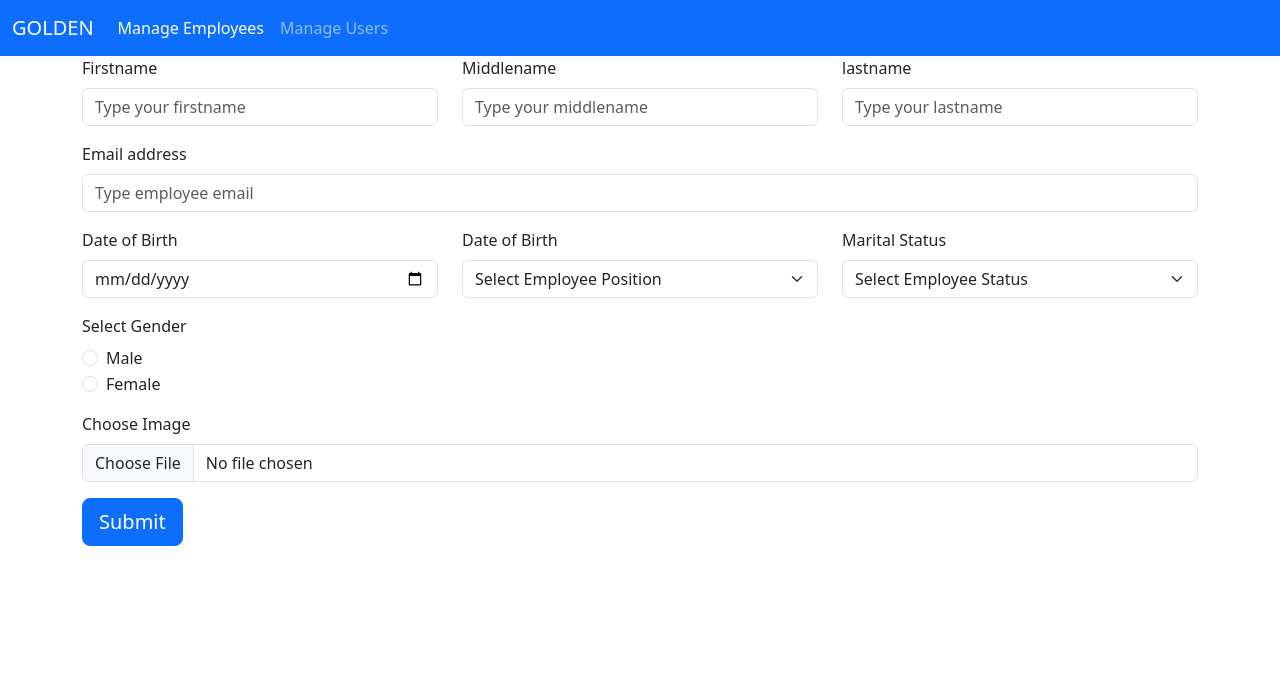
Repository: owuraku/DBC28.1
Page: http://localhost/employees/create
The author's editor kept a copy of each file at every save. The page is drawn from the files as they stood at one save, then again after the next save.
The browser window is 1280 px wide. The pictures show the whole page.
The page is served by the project's Laravel application, run on PHP 8.4 with Laravel 10. Other server files are loaded and not shown.

Above is the page before, as saved 2023-05-24 10:36:44.

### routes/web.php
<?php

use App\Http\Controllers\EmployeeController;
use App\Http\Controllers\FirstController;
use Illuminate\Support\Facades\Route;

/*
|--------------------------------------------------------------------------
| Web Routes
|--------------------------------------------------------------------------
|
| Here is where you can register web routes for your application. These
| routes are loaded by the RouteServiceProvider and all of them will
| be assigned to the "web" middleware group. Make something great!
|
*/

Route::get('/', function () {
    return view('welcome');
});

// Route::get('/employees', function(){
//     return "Get all employees";
// })->name('employees.index');


// Route::get('/employees/{id}', function($id){
//     return "Get employee with id of $id";
// })->whereNumber('id')->name('employees.show');

Route::get('/employees', [FirstController::class, 'myFirstControllerFunction']);



//Route prefix
// Route::prefix('/employees')
// ->name('employees.')
// ->controller(FirstController::class)
// ->group(function(){
    // Route::get('', 'myFirstControllerFunction' )->name('index');

//     Route::post('', function(){
//         return "Save employee details";
//     })->name('store');

//     Route::get('/create', function(){
//         return "Get employee create form";
//     })->name('create');

//     Route::get('/{id}', 'mySecondControllerFunction')->name('show');

//      Route::get('/edit/{id}', function($id){
//         return "Get edit form for employee with id of $id";
//     })->name('edit');

//     Route::patch('/{id}', function($id){
//         return "Edit employee id of $id";
//     })->name('update');

//      Route::delete('/{id}', function($id){
//         return "Delete employee id of $id";
//     })->name('destroy');
// });


Route::resource('/employees', EmployeeController::class);
// Route::get('/employees', [EmployeeController::class, 'index']);

### app/Http/Controllers/EmployeeController.php
<?php

namespace App\Http\Controllers;

use App\Models\Employee;
use Illuminate\Http\Request;
use Illuminate\Support\Facades\DB;

class EmployeeController extends Controller
{
    /**
     * Display a listing of the resource.
     */
    public function index()
    {
        $employees = Employee::all();
         return view('employees.list', ['employees' => $employees]);
    }

    /**
     * Show the form for creating a new resource.
     */
    public function create()
    {
        return view('employees.form');
        //
    }

    /**
     * Store a newly created resource in storage.
     */
    public function store(Request $request)
    {
       $data = $request->input();
        $request->validate([
            "firstname" => 'required|min:2|max:100|alpha'
        ]);

       $employee = new Employee;
       $employee->firstname = $data['firstname'];
       $employee->lastname = $data['lastname'];
       $employee->middlename = $data['middlename'];
       $employee->dob = $data['dob'];
       $employee->gender = $data['gender'];
       $employee->position = $data['position'];
       $employee->email = $data['email'];
       $employee->marital_status = $data['marital_status'];
       $employee->image = '/temp/image.png';
       $employee->save();




    //    $data['image']= '/temp/image';
    //    $hasImage = $request->hasFile('image');
    //    $image = $request->file('image');
    //    if($hasImage){
    //     dd($image);
    //    }
    //    $validated = $request->validate([
    //    'last_name' => 'required|min:10',
    //    'first_name' => 'required|min:10',
    //    ]);

        // create method
    //    Employee::create($data);
        // //

        // return $validated;
    }

    /**
     * Display the specified resource.
     */
    public function show(string $id)
    {
        //
        $employee = Employee::findOrFail($id);
        return view('employees.show', [
            'employee' => $employee
        ]);
    }

    /**
     * Show the form for editing the specified resource.
     */
    public function edit(string $id)
    {
        //
    }

    /**
     * Update the specified resource in storage.
     */
    public function update(Request $request, string $id)
    {
        //
    }

    /**
     * Remove the specified resource from storage.
     */
    public function destroy(string $id)
    {
        //
    }
}

### resources/views/employees/form.blade.php
@extends('layout.master')

@section('title', 'Add New Employee')

@section('content')
    <form action="{{ route('employees.store') }}" method="POST" enctype="multipart/form-data">
        @csrf
        <div class="row mb-3">
            {{-- firstname --}}
            <div class="col">
                <label for="firstname" class="form-label">Firstname</label>
                <input type="text" class="form-control" name="firstname" placeholder="Type your firstname">
            </div>
            {{-- middlename --}}
            <div class="col">
                <label for="middlename" class="form-label">Middlename</label>
                <input type="text" class="form-control" name="mname" placeholder="Type your middlename">
            </div>
            {{-- lastname --}}
            <div class="col">
                <label for="lastname" class="form-label">lastname</label>
                <input type="text" class="form-control" name="lastname" placeholder="Type your lastname">
            </div>
        </div>
        {{-- email --}}
        <div class="mb-3">
            <label for="email" class="form-label">Email address</label>
            <input type="email" class="form-control" id="email" name="email" placeholder="Type employee email">
        </div>
        <div class="row mt-3">
            {{-- dob --}}
            <div class="col">
                <label for="dob" class="form-label">Date of Birth</label>
                <input type="date" class="form-control" name="dob" placeholder="Date of Birth">
            </div>
            {{-- position --}}
            <div class="col">
                <label for="dob" class="form-label">Date of Birth</label>
                <select class="form-select" name="position" aria-label="Default select example">
                    <option selected>Select Employee Position</option>
                    <option value="CEO">CEO</option>
                    <option value="CTO">CTO</option>
                    <option value="Manager">Manager</option>
                    <option value="Other">Other</option>
                </select>
            </div>
            {{-- marital status --}}
            <div class="col">
                <label for="dob" class="form-label">Marital Status</label>
                <select class="form-select" name="marital_status" aria-label="Default select example">
                    <option selected>Select Employee Status</option>
                    <option value="married">Married</option>
                    <option value="single">Single</option>
                    <option value="divorced">Divorced</option>
                    <option value="seperated">Seperated</option>
                </select>
            </div>
        </div>
        {{-- gender --}}
        <div class="mt-3">
            <label class="form-label">Select Gender</label>
            <div class="form-check">
                <input class="form-check-input" type="radio" name="gender" id="male" value="male">
                <label class="form-check-label" for="male">
                    Male
                </label>
            </div>
            <div class="form-check">
                <input class="form-check-input" type="radio" name="gender" id="female" value="female">
                <label class="form-check-label" for="female">
                    Female
                </label>
            </div>
        </div>
        {{-- image --}}
        <div class="mt-3">
            <label for="image" class="form-label">Choose Image</label>
            <input type="file" name="image" id="image" class="form-control">
        </div>

        <div class="mt-3">
            <button type="submit" class="btn btn-primary btn-lg">Submit</button>
        </div>
    </form>
@endsection

### resources/views/layout/master.blade.php
<!DOCTYPE html>
<html lang="en">

<head>
    <meta charset="UTF-8">
    <meta name="viewport" content="width=device-width, initial-scale=1.0">
    <meta http-equiv="X-UA-Compatible" content="ie=edge">
    <link href="https://cdn.jsdelivr.net/npm/bootstrap@5.3.0-alpha3/dist/css/bootstrap.min.css" rel="stylesheet"
        integrity="sha384-KK94CHFLLe+nY2dmCWGMq91rCGa5gtU4mk92HdvYe+M/SXH301p5ILy+dN9+nJOZ" crossorigin="anonymous">
    <title>
        @yield('title')
    </title>
</head>

<body>
    <main>
        @include('layout.navbar')
        <div class="container">
            @yield('content')
        </div>
    </main>

    <script src="https://cdn.jsdelivr.net/npm/bootstrap@5.3.0-alpha3/dist/js/bootstrap.bundle.min.js"
        integrity="sha384-ENjdO4Dr2bkBIFxQpeoTz1HIcje39Wm4jDKdf19U8gI4ddQ3GYNS7NTKfAdVQSZe" crossorigin="anonymous">
    </script>
</body>

</html>

### resources/views/layout/navbar.blade.php
<nav class="navbar navbar-expand-lg bg-primary" data-bs-theme="dark">
    <div class="container-fluid">
        <a class="navbar-brand" href="#">GOLDEN</a>
        <button class="navbar-toggler" type="button" data-bs-toggle="collapse" data-bs-target="#navbarSupportedContent"
            aria-controls="navbarSupportedContent" aria-expanded="false" aria-label="Toggle navigation">
            <span class="navbar-toggler-icon"></span>
        </button>
        <div class="collapse navbar-collapse" id="navbarSupportedContent">
            <ul class="navbar-nav me-auto mb-2 mb-lg-0">
                <li class="nav-item">
                    <a class="nav-link active" aria-current="page" href="{{ route('employees.index') }}">Manage
                        Employees</a>
                </li>
                <li class="nav-item">
                    <a class="nav-link" aria-current="page" href="#">Manage
                        Users</a>
                </li>
            </ul>
            {{-- <form class="d-flex" role="search">
        <input class="form-control me-2" type="search" placeholder="Search" aria-label="Search">
        <button class="btn btn-outline-success" type="submit">Search</button>
      </form> --}}
        </div>
    </div>
</nav>

Loaded but not shown: app/Http/Controllers/Controller.php (common file)

After the next save:
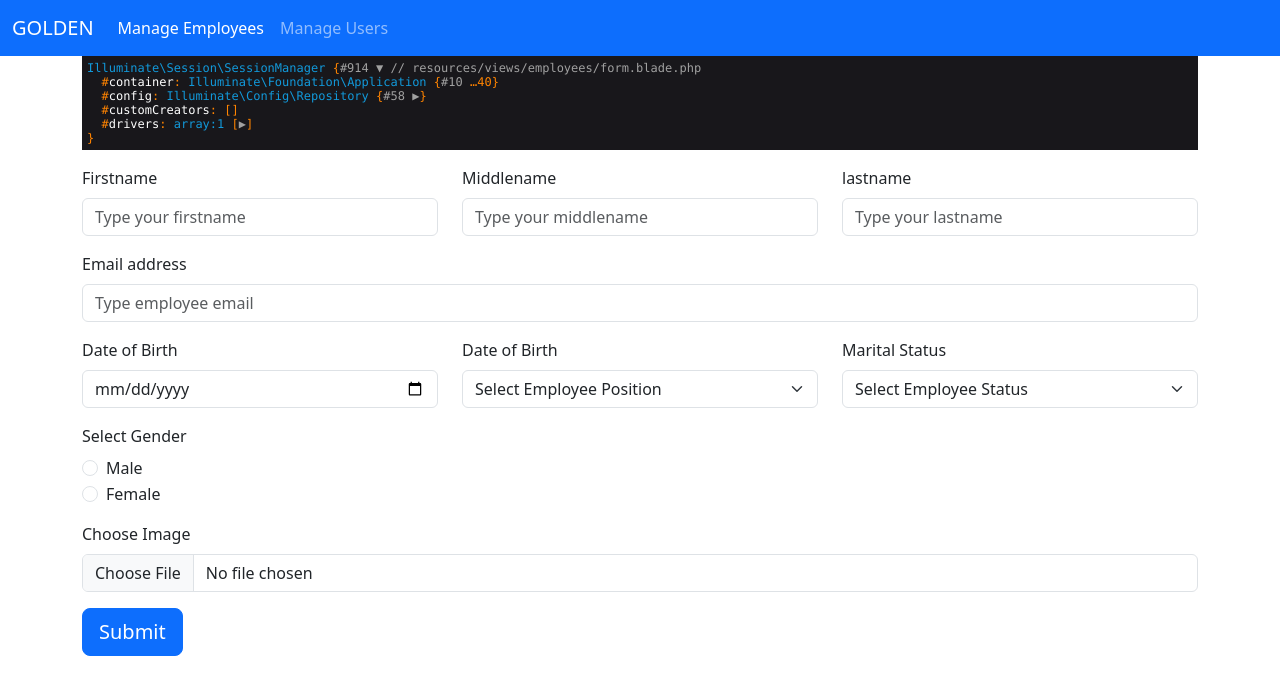
Saved 21 s later.
--- a/resources/views/employees/form.blade.php
+++ b/resources/views/employees/form.blade.php
@@ -3,6 +3,8 @@
 @section('title', 'Add New Employee')
 
 @section('content')
+    @dump(session())
+
     <form action="{{ route('employees.store') }}" method="POST" enctype="multipart/form-data">
         @csrf
         <div class="row mb-3">

After the save that followed:
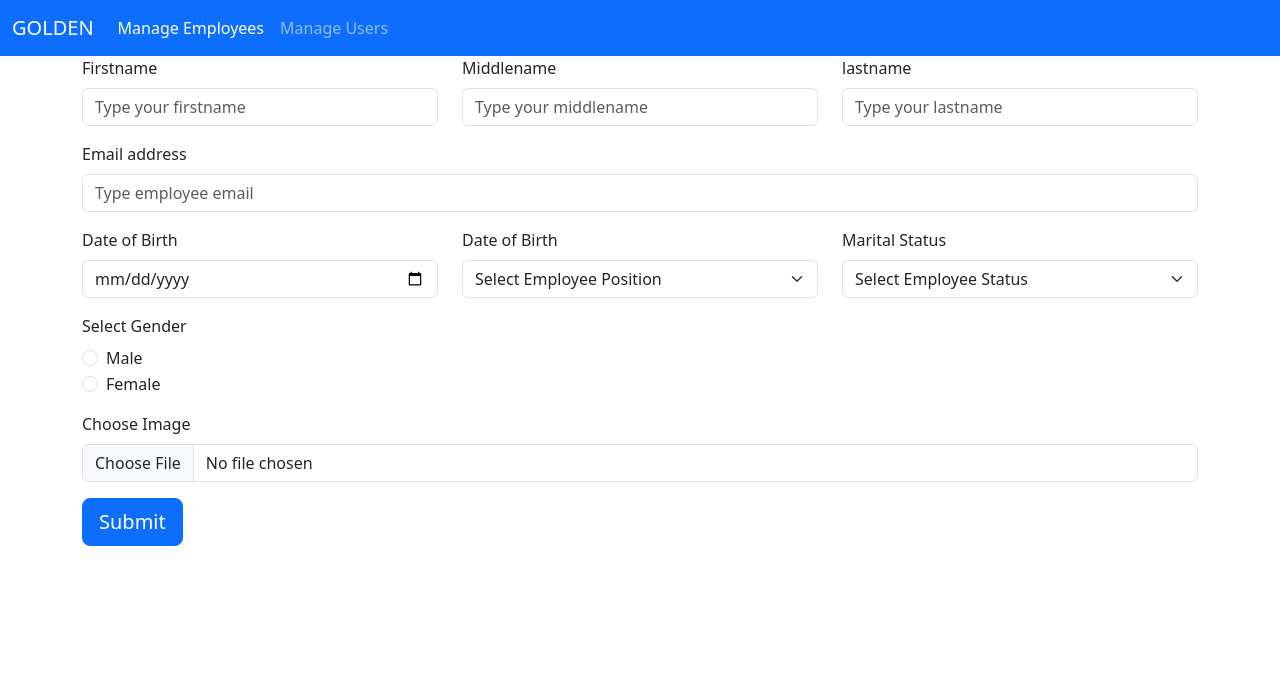
Saved 3 min 51 s later.
--- a/resources/views/employees/form.blade.php
+++ b/resources/views/employees/form.blade.php
@@ -3,8 +3,6 @@
 @section('title', 'Add New Employee')
 
 @section('content')
-    @dump(session())
-
     <form action="{{ route('employees.store') }}" method="POST" enctype="multipart/form-data">
         @csrf
         <div class="row mb-3">
